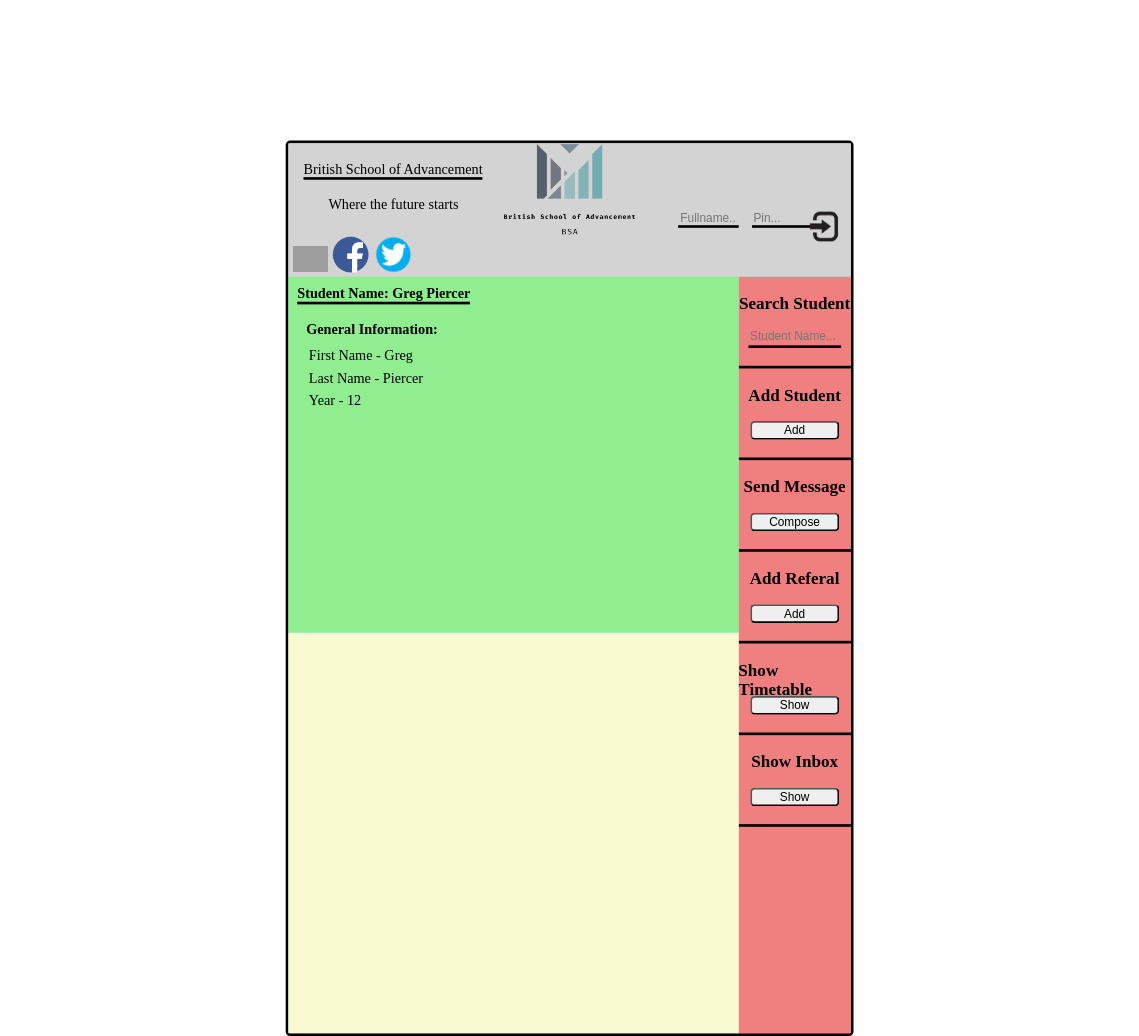
Repository: ghend99/School-app
Page: index.html
These files come from the project's save history. The page is drawn as it stood at one moment and after the next save; the edit follows.
The browser window is 1280 px wide. The pictures show the whole page, at 89% of full size.
Pictures or frames that could not be fetched are drawn as grey boxes.

Above is the page before, as saved 2023-03-24 14:22:18.

After the next save:
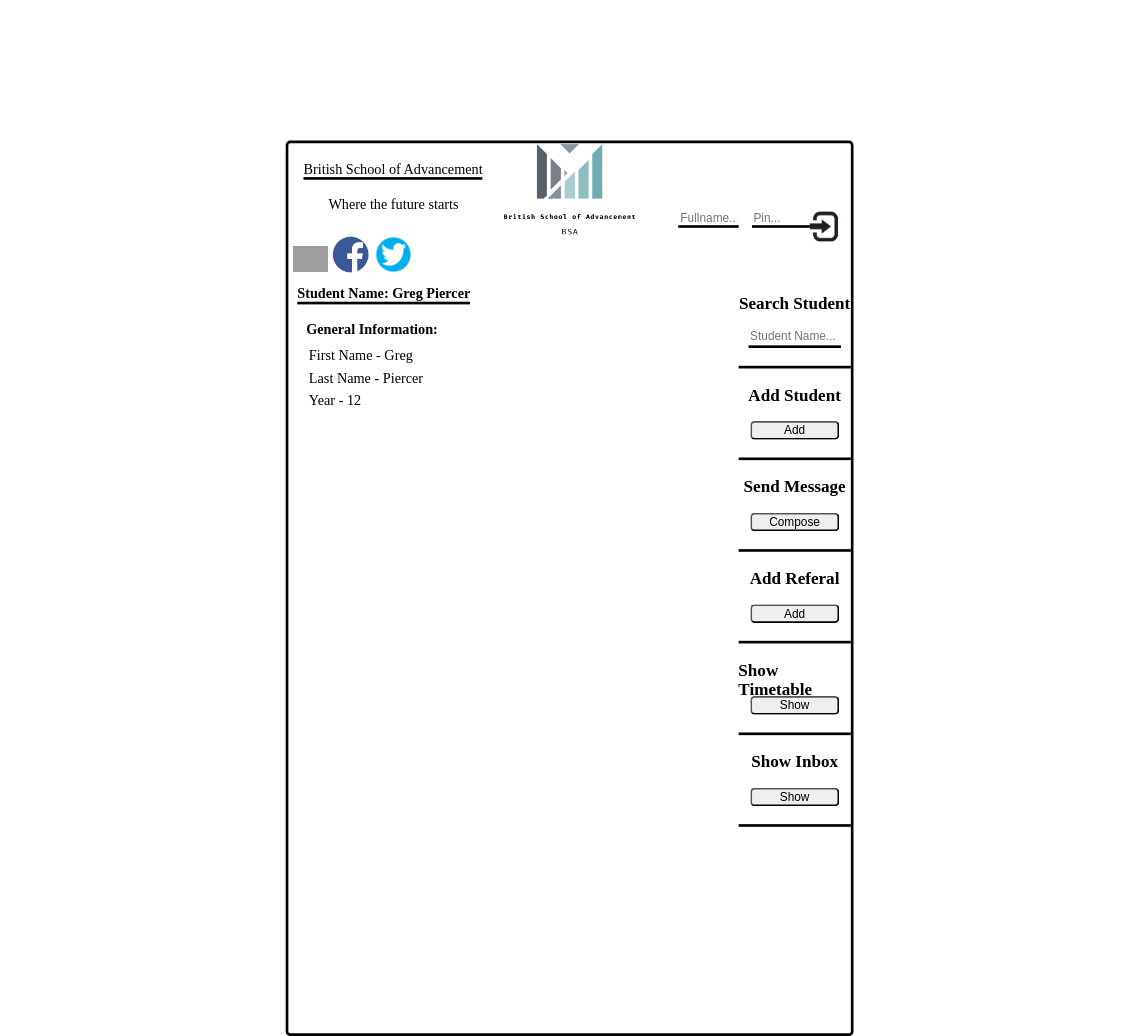
Saved 35 s later.
--- a/style.css
+++ b/style.css
@@ -7,7 +7,7 @@
   top: 150px;
   margin-left: auto;
   margin-right: auto;
-  background-color: lightblue;
+  /* background-color: lightblue; */
   border: solid;
   border-radius: 5px;
 }
@@ -17,7 +17,7 @@
   width: 100%;
   max-height: 15%;
   min-height: 150px;
-  background-color: lightgray;
+  /* background-color: lightgray; */
 }
 
 .header-school-name {
@@ -102,7 +102,7 @@
   height: 85%;
   right: 0;
   flex-direction: column;
-  background-color: lightcoral;
+  /* background-color: lightcoral; */
 }
 
 #sidebar-link {
@@ -148,7 +148,7 @@
   min-width: 50%;
   height: 40%;
   top: 0;
-  background-color: lightgreen;
+  /* background-color: lightgreen; */
 }
 
 .student-information-header {
@@ -195,7 +195,7 @@
   min-width: 50%;
   height: 45%;
   bottom: 0;
-  background-color: lightgoldenrodyellow;
+  /* background-color: lightgoldenrodyellow; */
 }
 
 #login-container {
@@ -207,7 +207,7 @@
   min-width: 400px;
   height: 40vh;
   opacity: 0;
-  background-color: aliceblue;
+  /* background-color: aliceblue; */
 }
 
 #create-account-container {
@@ -219,7 +219,7 @@
   min-width: 420px;
   height: 50vh;
   opacity: 0;
-  background-color: aliceblue;
+  /* background-color: aliceblue; */
 }
 
 @media screen and (min-width: 0) and (max-width: 1200px) {
